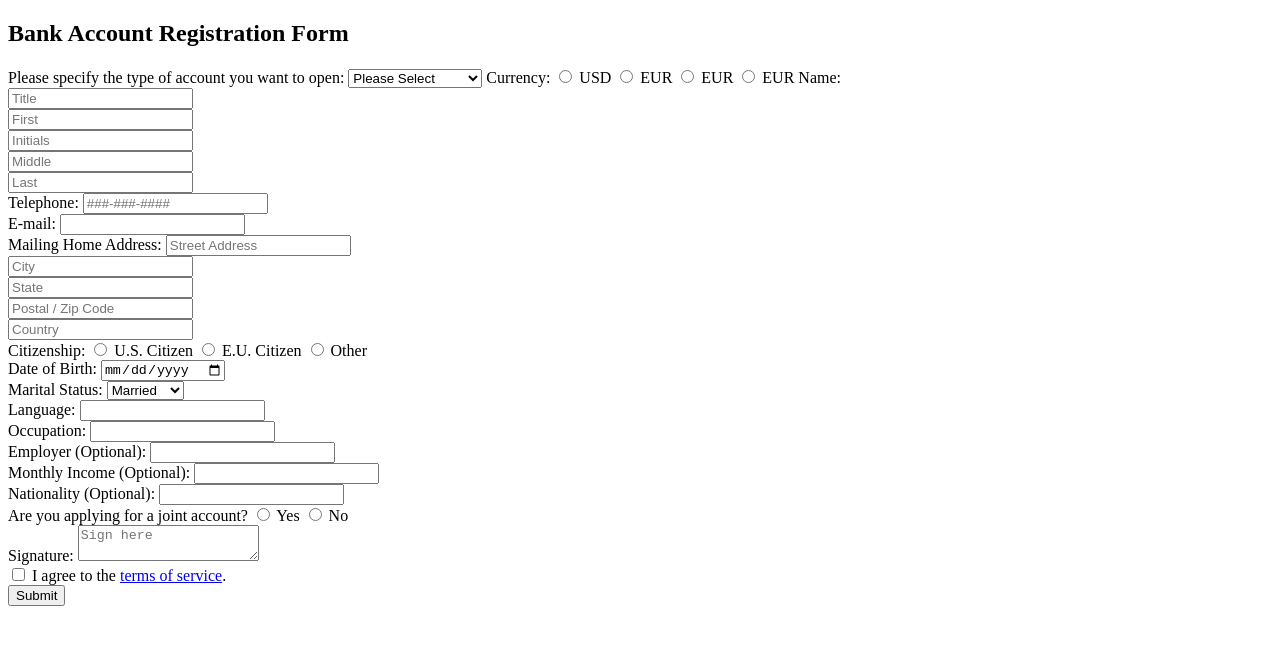
Repository: hizeetech/First-Assignment
Page: sign_up.html
These files come from the project's save history. The page is drawn as it stood at one moment and after a run of saves; the edit follows.
The browser window is 1280 px wide. The pictures show the whole page.

Above is the page before, as saved 2024-11-09 01:51:48.

After the next 2 saves:
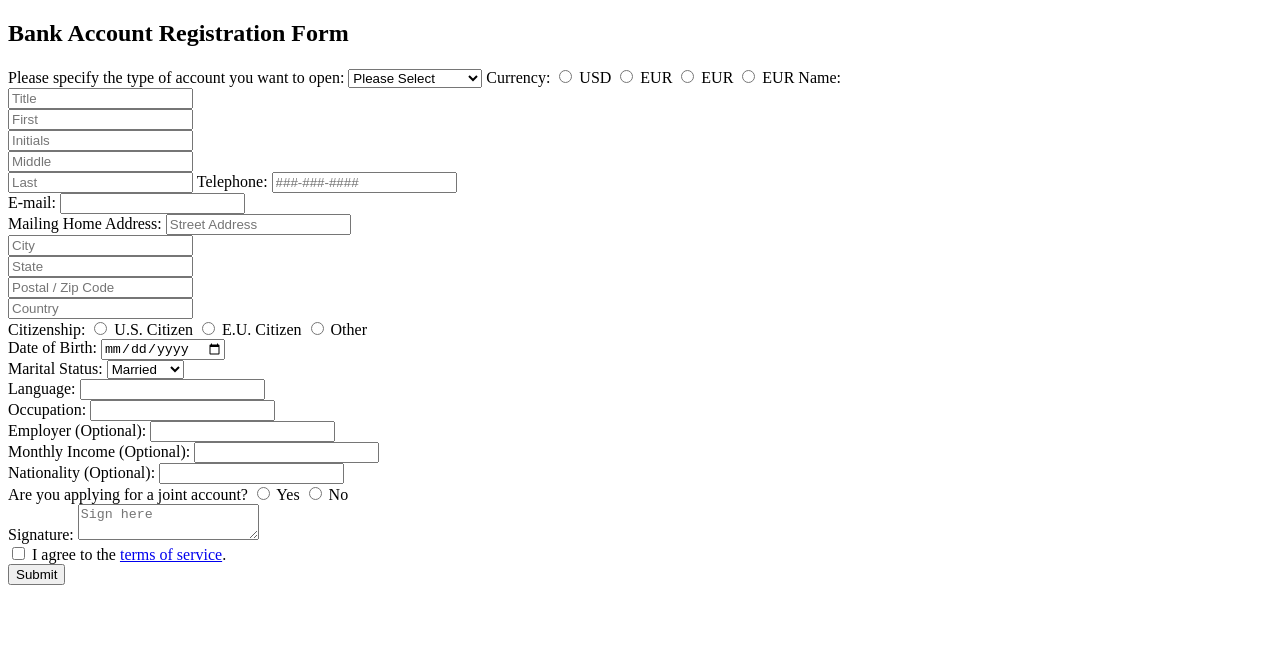
The 2 saves are shown as one change because they came seconds apart.
The last was saved 11 s later.
--- a/sign_up.html
+++ b/sign_up.html
@@ -35,8 +35,6 @@
             <input type="text" name="last_name" placeholder="Last" required>
         </div>
 
-        <!-- Telephone and Email -->
-        <div class="form-group">
             <label for="telephone">Telephone:</label>
             <input type="tel" id="telephone" name="telephone" placeholder="###-###-####" required>
         </div>
